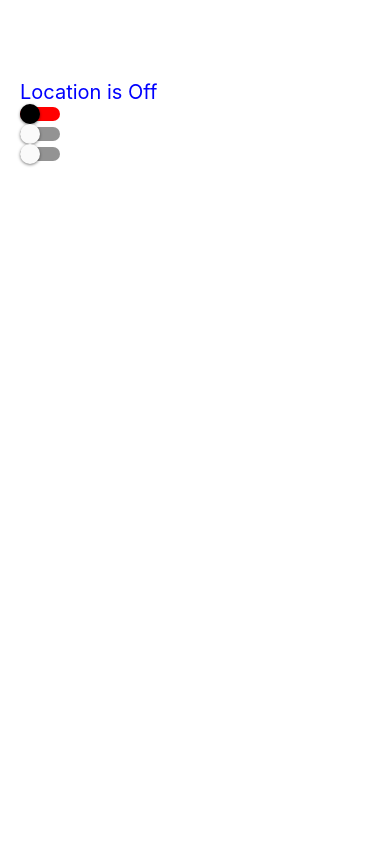
Repository: akinmiday/ReactNativeApp
Screen: /
An editor plug-in stored every save of this project. The screen is shown before and after the next save, followed by the edit.
The app was drawn by React Native's web renderer in a window 390 px wide. The project was rebuilt for these pictures with package versions that can differ from the ones it lists, and the page was loaded fresh each time.

Above is the screen before, as saved 2023-08-05 05:32:06.

### App.js
import { View, Switch, Text } from "react-native";
import styles from "./styles";
import { useState } from "react";

export default function App() {
  const { container, text } = styles;

  const [location, setLocation] = useState(false);
  const [mic, setMic] = useState(false);
  const [storage, setStorage] = useState(false);

  return (
    <View style={container}>
      <Text style={text}>Location is {location ? "On" : "Off"}</Text>
      <Switch
        trackColor={{ false: "red", true: "green" }}
        thumbColor={"black"}
        ios_backgroundColor={"red"}
        onValueChange={() => setLocation(!location)}
        value={location}
      />
      <Switch />
      <Switch />
    </View>
  );
}

### styles.js
import { StyleSheet } from "react-native";

const styles = StyleSheet.create({
  container: {
    marginTop: 40,
    padding: 20,
    backgroundColor: "#fff",
    flex: 1,
  },
  input: {
    backgroundColor: "pink",
    marginTop: 20,
    padding: 20,
  },
  text: {
    fontSize: 20,
    color: "blue",
    marginTop: 20,
  },
});

export default styles;

After the next save:
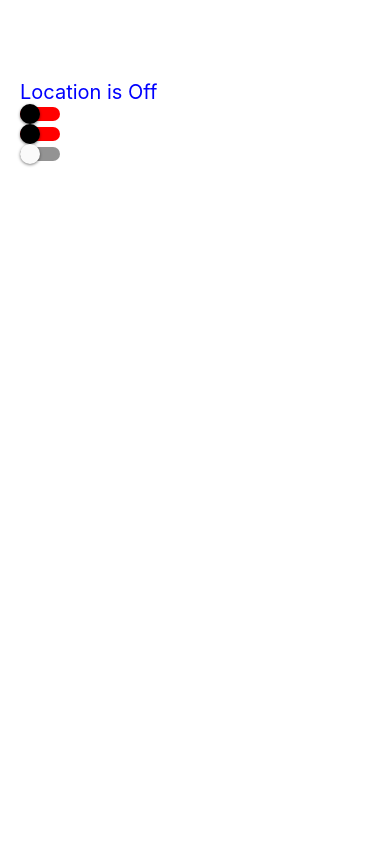
Saved 83 s later.
--- a/App.js
+++ b/App.js
@@ -19,7 +19,10 @@ export default function App() {
         onValueChange={() => setLocation(!location)}
         value={location}
       />
-      <Switch />
+      <Switch
+        trackColor={{ false: "red", true: "green" }}
+        thumbColor={"black"}
+      />
       <Switch />
     </View>
   );
